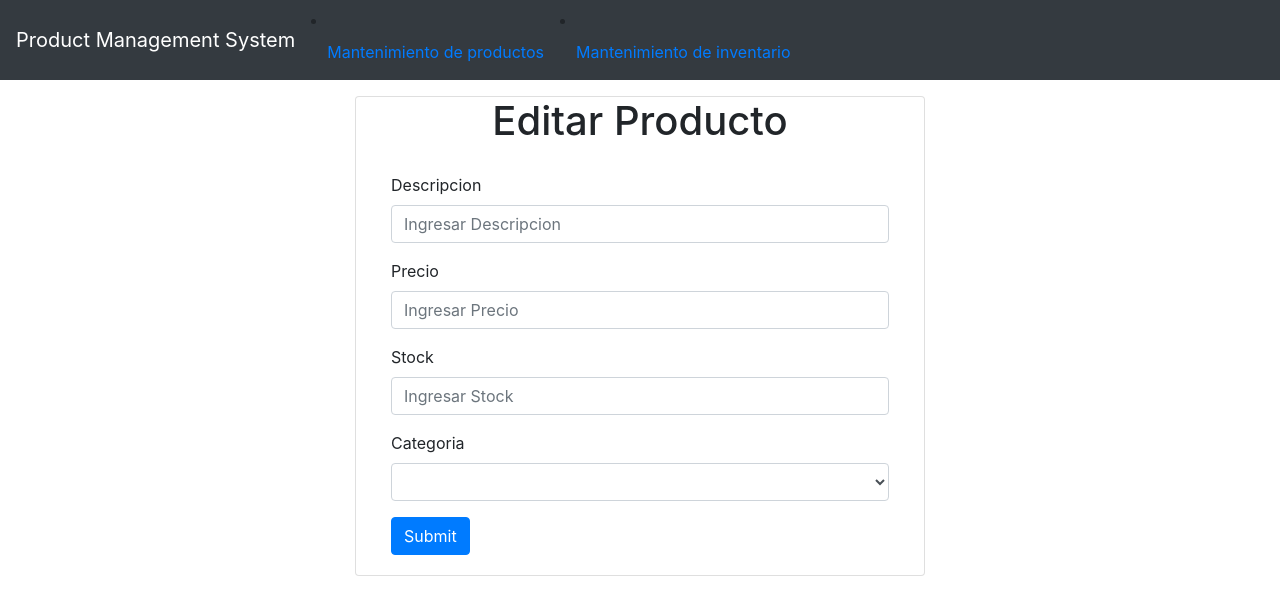
Repository: cartulina68/LP2_Examen2_Rosas
Page: http://localhost/inventario/edit
These files come from the project's save history. The page is drawn as it stood at one moment and after the next save; the edit follows.
The browser window is 1280 px wide. The pictures show the whole page.
The page is this project's Thymeleaf template; nobody is signed in. The template is opened directly, without the code that normally fills it, so the values that code supplies are empty.

Above is the page before, as saved 2024-10-12 03:15:24.

### Spring/BD_T2_Inventario/src/main/resources/templates/inventario/edit.html
<!DOCTYPE html>
<html xmlns:th="http://www.thymeleaf.org">
    <head>
        <meta charset="ISO-8859-1">
        <title>Actualizar inventario</title>
        <link rel="stylesheet"
              href="https://maxcdn.bootstrapcdn.com/bootstrap/4.0.0/css/bootstrap.min.css"
              integrity="sha384-Gn5384xqQ1aoWXA+058RXPxPg6fy4IWvTNh0E263XmFcJlSAwiGgFAW/dAiS6JXm"
              crossorigin="anonymous">
    </head>
    <body>
        <nav class="navbar navbar-expand-md bg-dark navbar-dark">
            <!-- Brand -->
            <a class="navbar-brand" href="#">Product Management System</a>

            <!-- Toggler/Collapse Button -->
            <button class="navbar-toggler" type="button" data-toggle="collapse" data-target="#collapsibleNavbar">
                <span class="navbar-toggler-icon"></span>
            </button>

            <!-- Navbar links -->
            <div class="collapse navbar-collapse" id="collapsibleNavbar">
                <li class="nav-item"><a class="nav-link" th:href="@{/producto/index}">Mantenimiento de productos</a></li>
				<li class="nav-item"><a class="nav-link" th:href="@{/inventario/index}">Mantenimiento de inventario</a></li>
            </div>
        </nav>
        <div class="container mt-3">
            <div class="row">
                <div class="col-lg-6 col-md-6 col-sm-6 container justify-content-center card">
                    <h1 class = "text-center"> Editar Producto</h1>
                    <div class="card-body">
                    <form th:action="@{/producto/{id} (id=${producto.idProd})}" th:object="${producto}" method="POST">

                        <div class="form-group" style="display: none">
                            <label>Codigo</label>
                            <input type="text" name="idProd" th:field="*{idProd}"
                                   class="form-control"
                                   placeholder="Ingresar Codigo" />
                        </div>

                          <div class="form-group">
                            <label>Descripcion</label>
                            <input type="text" name="descripcion" th:field="*{descripcion}"
                                   class="form-control"
                                   placeholder="Ingresar Descripcion" />
                        </div>

                        <div class="form-group">
                            <label>Precio</label>
                            <input type="text" name="precio" th:field="*{precio}"
                                   class="form-control"
                                   placeholder="Ingresar Precio" />
                        </div>
                        <div class="form-group">
                            <label>Stock</label>
                            <input type="text" name="stock" th:field="*{stock}"
                                   class="form-control"
                                   placeholder="Ingresar Stock" />
                        </div>

                          <div class="form-group">
                            <label>Categoria</label>
                            <select th:field="*{categoria}" name="categoriaList" class="form-control">
                                <option th:each="categoria :${categoriaList}" th:value="${categoria.id}" th:text="${categoria.descripcion}" />
                            </select>
                        </div>



                        <div class="box-footer">
                            <button type="submit" class="btn btn-primary">Submit</button>
                        </div>

                    </form>
                    </div>
                </div>
            </div>
        </div>

    </body>
</html>

After the next save:
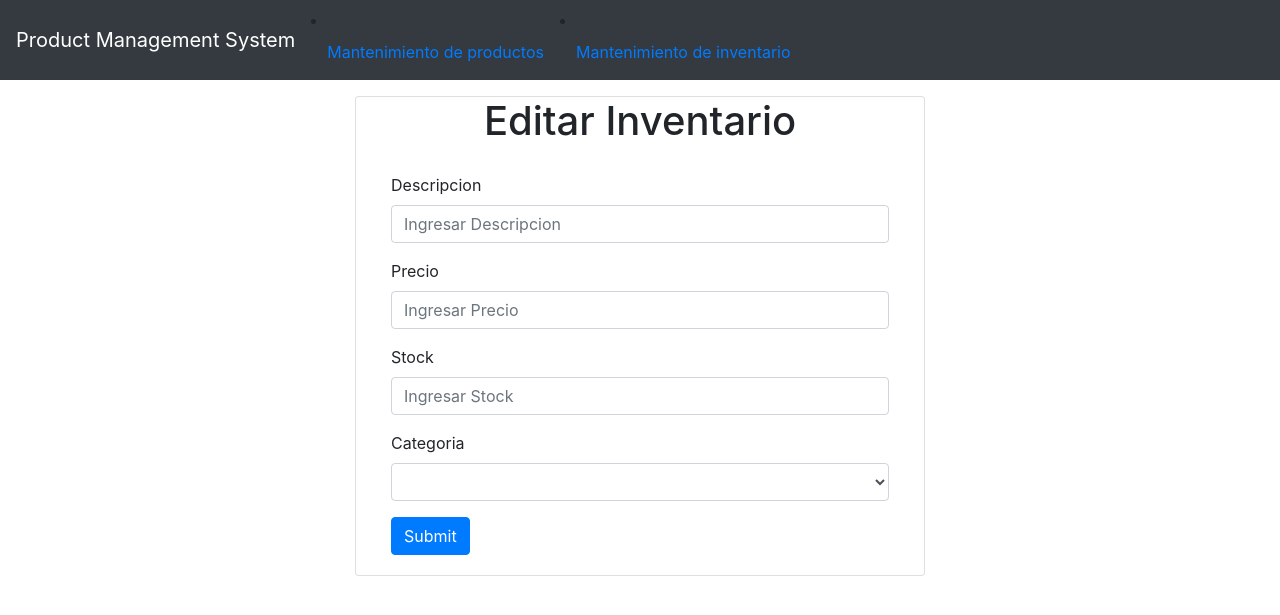
Saved 41 s later.
--- a/Spring/BD_T2_Inventario/src/main/resources/templates/inventario/edit.html
+++ b/Spring/BD_T2_Inventario/src/main/resources/templates/inventario/edit.html
@@ -27,7 +27,7 @@
         <div class="container mt-3">
             <div class="row">
                 <div class="col-lg-6 col-md-6 col-sm-6 container justify-content-center card">
-                    <h1 class = "text-center"> Editar Producto</h1>
+                    <h1 class = "text-center"> Editar Inventario</h1>
                     <div class="card-body">
                     <form th:action="@{/producto/{id} (id=${producto.idProd})}" th:object="${producto}" method="POST">
 
